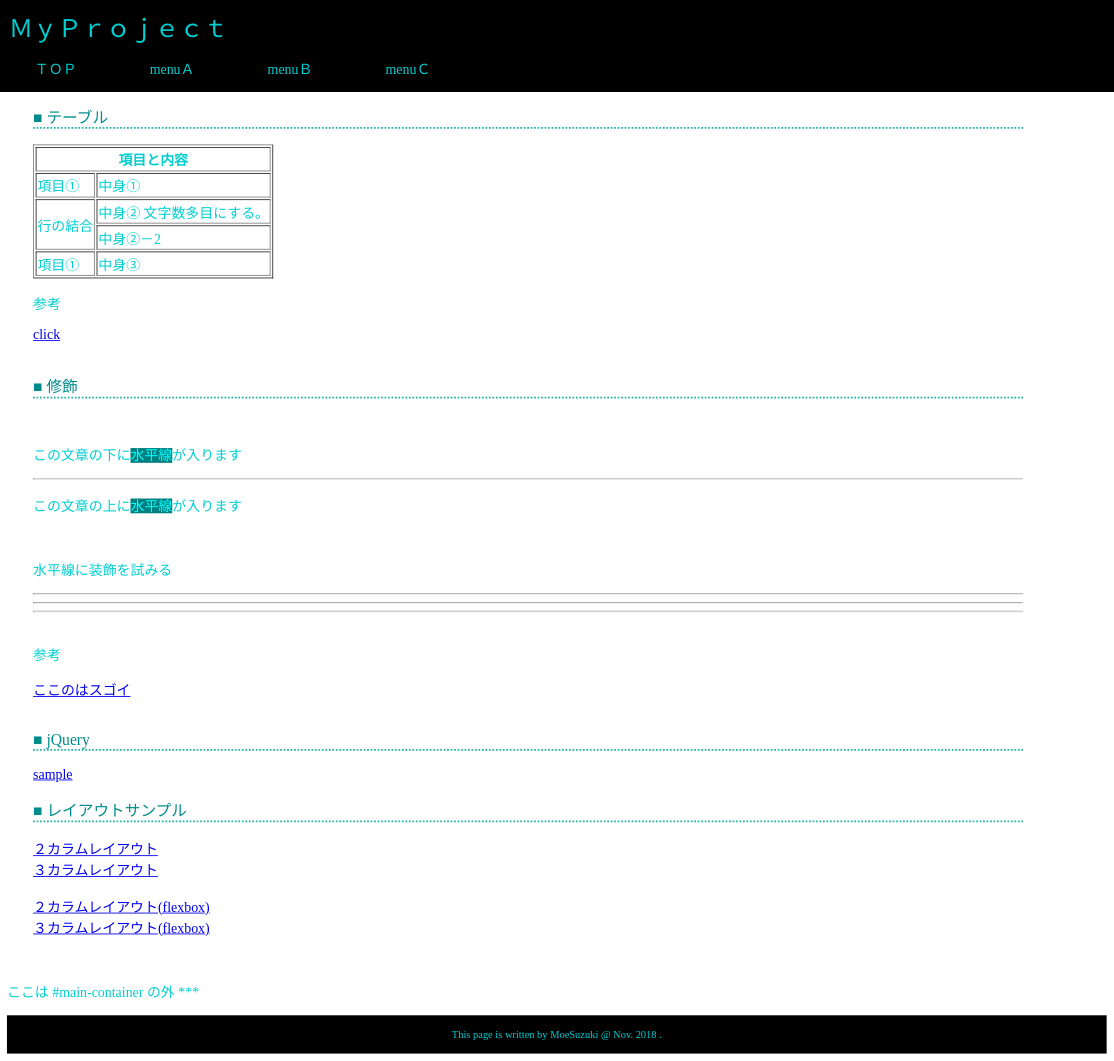
Repository: user10112018/test
Page: http://localhost/MyProject/
An editor plug-in stored every save of this project. The page is shown before and after the next save, followed by the edit.
The browser window is 1280 px wide. The pictures show the whole page, at 87% of full size.
The page is served by Tomcat 9. Other server files are loaded and not shown.

Above is the page before, as saved 2018-11-22 01:48:56.

### MyProject/WebContent/index.jsp
<%@ page language="java" contentType="text/html; charset=UTF-8"
    pageEncoding="UTF-8"%>
<%@ taglib prefix="s" uri="/struts-tags" %>
<!DOCTYPE html>
<html>
<head>
<meta charset="UTF-8">
<link rel="stylesheet" href="./css/style01.css">

<title>Index</title>

<style>

hr.hor1 {
color: maroon;
}
hr.hor2 {
color: indigo;
}
hr.hor3 {
font-size: 3px;
}


</style>


</head>


<body>
<!-- ============== ココカラ =============== -->

<!-- ==== header ===== -->
<header>

<div id="logo">ＭｙＰｒｏｊｅｃｔ</div>



<div id="menu">

<ul>
   <li>ＴＯＰ</li>
   <li>menuＡ</li>
   <li>menuＢ</li>
   <li>menuＣ</li>
</ul>

</div>

</header>

<!-- ==== main ===== -->

<div id="main">

<div id="main-container">

<p class="name">■ テーブル</p>
<table border="1">
     <tr><th colspan="2">項目と内容</th></tr>
     <tr><td>項目①</td><td>中身①</td></tr>
     <tr><td rowspan="2">行の結合</td><td>中身② 文字数多目にする。</td></tr>
     <tr><td>中身②－2</td></tr>
     <tr><td>項目①</td><td>中身③</td></tr>
</table>
<p class="ref">参考</p>
<a href="https://techacademy.jp/magazine/9428">click</a>
<br>
<br>

<p class="name">■ 修飾</p>
<br>
<p>この文章の下に<span style="background:#008080;color:aqua;">水平線</span>が入ります</p>
<!-- 水平線を入れたいときには<hr>タグ -->
<hr>
<p>この文章の上に<span style="background:#008080;color:aqua;">水平線</span>が入ります</p>

<br>
<p>水平線に装飾を試みる</p>

<hr class="hor1">
<hr class="hor2">
<hr class="hor3">


<br>
<p class="ref">参考</p>
<a href="https://coliss.com/articles/build-websites/operation/css/css-snippets-for-horizontal-rules.html">ここのはスゴイ</a>
<br>
<br>


<p class="name">■ jQuery</p>

<a href="jquery.jsp">sample</a>

<br>

<p class="name">■ レイアウトサンプル</p>

<a href="2columns.jsp">２カラムレイアウト</a>
<br>
<a href="3columns.jsp">３カラムレイアウト</a>

<br><br>
<a href="2columns_flexbox.jsp">２カラムレイアウト(flexbox)</a>
<br>
<a href="3columns_flexbox.jsp">３カラムレイアウト(flexbox)</a>




</div>


<p>ここは #main-container の外 *** </p>

</div>

<!-- ==== footer ===== -->
<footer>
<p>This page is written by MoeSuzuki   @ Nov. 2018 .</p>
</footer>

</body>

</html>

### MyProject/WebContent/css/style01.css
@CHARSET "UTF-8";

body {
/* 	color: red; */
/*     color: #008b8b; */
/*     width: 1080px; */
    color: #00ced1;
	font-family: 'メイリオ';
}


header{
/* 	position: absolute; だとスクロールで見えなくなる */
/* 	position: absolute; */
/* 	position: fixed; だとスクロールしても動かない */
	position: fixed;
	left: 0px;
	top: 0px;
	background-color: black;
	width: 100%;
/* 	white-space: nowrap; */
}


#logo{
	font-size: 28px;
/* 	color: red; */
/* 	font-family:  */
    padding-top: 10px;
    padding-left: 10px;
    white-space: nowrap;


}

#menu{
/* 	width: 100%; */
	heiht: 70px;
	background-color: black;
/* 	white-space: nowrap; */
/*     overflow-x: scroll;  これを入れるとナビゲーション用の横スクロールバーが出現する*/
}

#menu ul{
/* 	padding-right: 20px; */
/* white-space: nowrap; */
white-space: nowrap;

}

#menu ul li{
/* 	float: left; */
    display: inline-block;
	list-style: none;
/* 	color: red; */
	font-size: 16px;
	padding-right: 80px;
/* 	text-align: left; */
    height: 24px;
/*     white-space: nowrap; */
}

#main{
	clear: both;
	white-space: nowrap;
/* 	これをここに入れるとテーブルの項目が改行されなくなる */
}

#main-container{
	width: 90%;
	margin-top: 120px;
	margin-left: 30px;
	margin-bottom: 50px;
/* 	left: 30px; */
}

.name {
	text-align: left;
	color: darkcyan;
	font-size: 18px;
	border-bottom: 2px lightseagreen dotted;
}

footer{
	clear: both;
	font-size: 12px;
/* 	position: absolute; */
	bottom: 0;
	left: 0;
	background-color: black;
	width: 100%;
 	height: 36px;
 	text-align: center;
 	line-height: 0.4;
    padding-top: 8px;
/* 	margin-top: 10px; */
/* 	margin-bottom: 0px; */
/* 	margin-left: 0px; */
/* 	margin: 0 auto; */


}

After the next save:
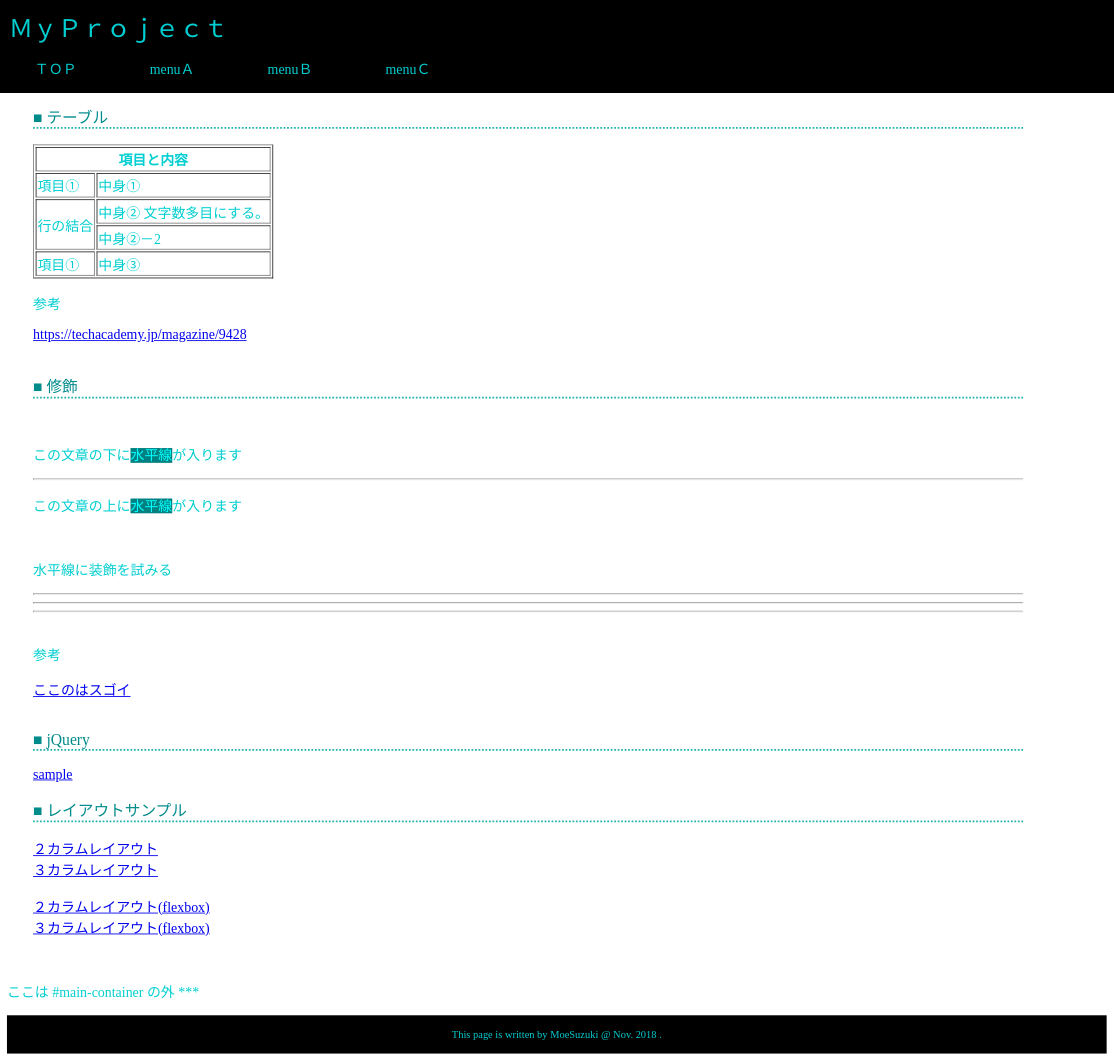
Saved 13 s later.
--- a/MyProject/WebContent/index.jsp
+++ b/MyProject/WebContent/index.jsp
@@ -66,7 +66,7 @@ font-size: 3px;
      <tr><td>項目①</td><td>中身③</td></tr>
 </table>
 <p class="ref">参考</p>
-<a href="https://techacademy.jp/magazine/9428">click</a>
+<a href="https://techacademy.jp/magazine/9428">https://techacademy.jp/magazine/9428</a>
 <br>
 <br>
 
